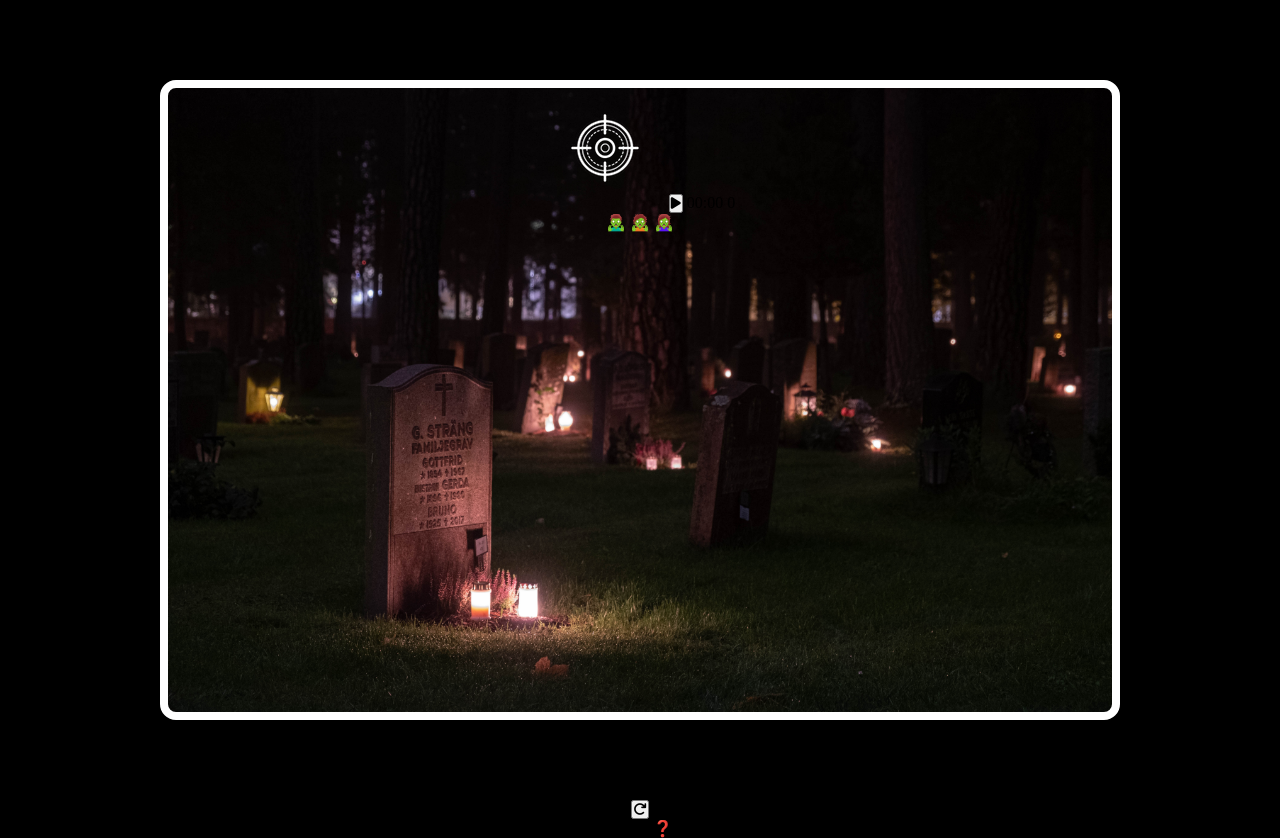
Repository: MrJinkyu/ZombieGame
Page: index.html
The author's editor kept a copy of each file at every save. The page is drawn from the files as they stood at one save, then again after the next save.
The browser window is 1280 px wide. The pictures show the whole page.
Some web libraries are served in a nearby version.

Above is the page before, as saved 2023-04-08 21:54:57.

After the next save:
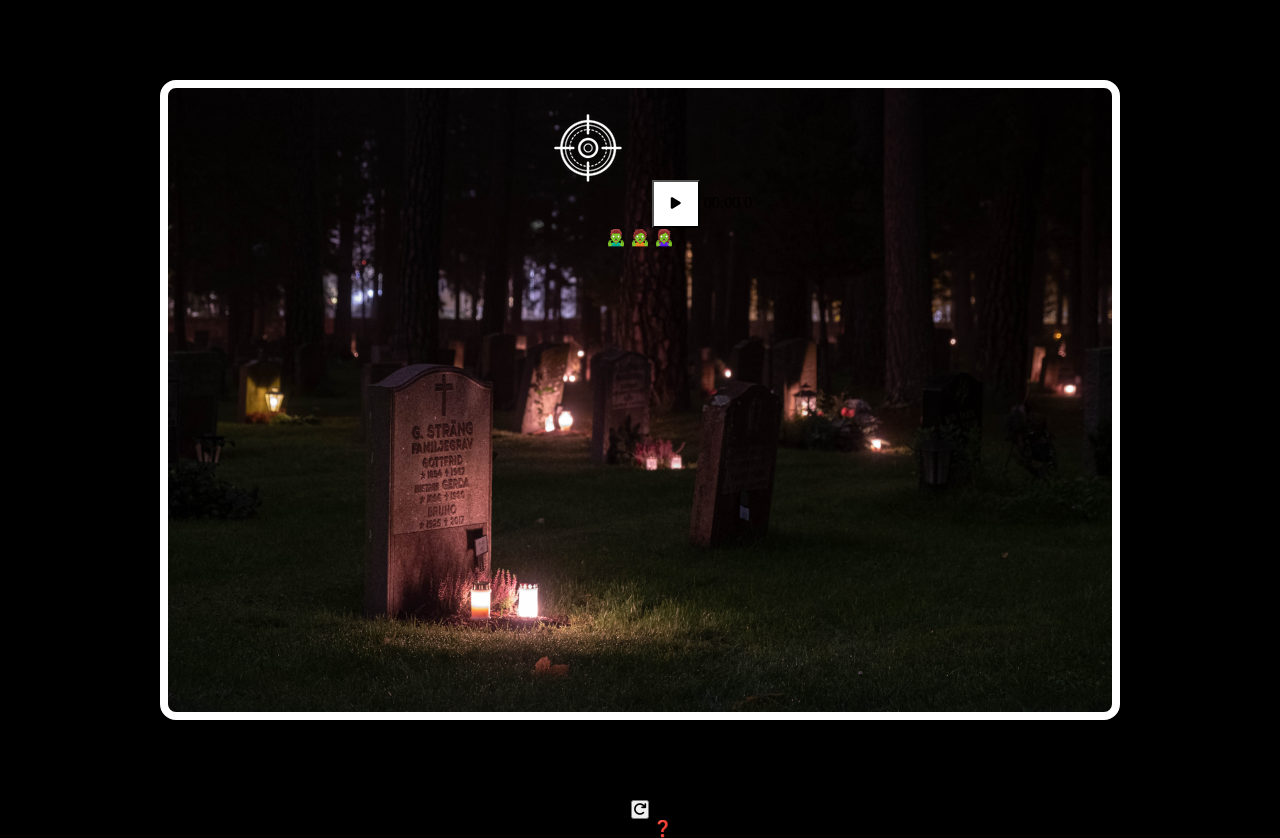
Saved 36 s later.
--- a/style.css
+++ b/style.css
@@ -18,3 +18,9 @@ body{
     border-radius: 1rem;
     text-align: center;
 }
+
+.game__btn{
+    width: 3rem;
+    height: 3rem;
+    background-color: white;
+}
